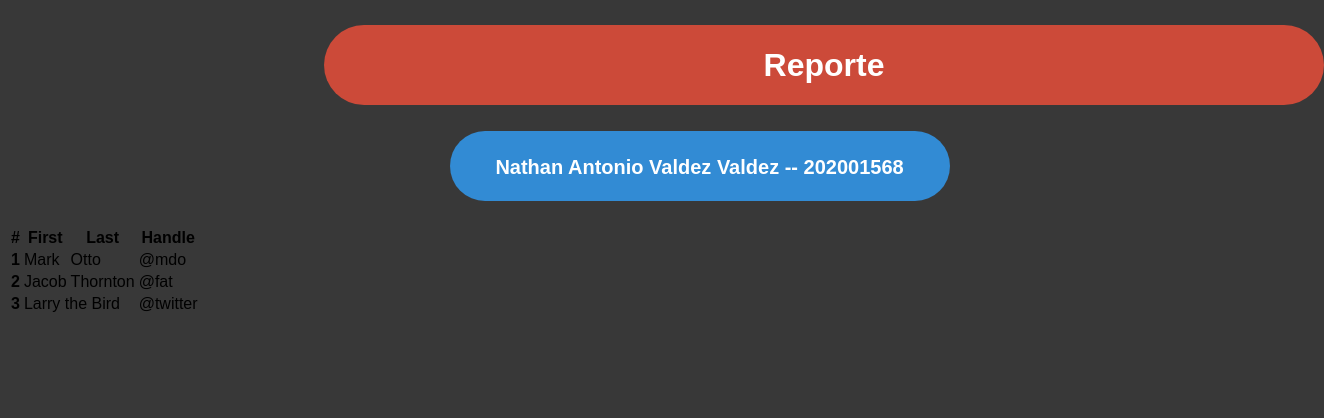
Repository: nathanvdev/LFP_PR_202001568
Page: plantilla.html
The author's editor kept a copy of each file at every save. The page is drawn from the files as they stood at one save, then again after the next save.
The browser window is 1280 px wide. The page is 1324 px wide, then 1320 px, so the pictures cover 1324 px, including what lies to the right of the window. The pictures show the whole page.

Above is the page before, as saved 2022-02-19 18:59:08.

After the next save:
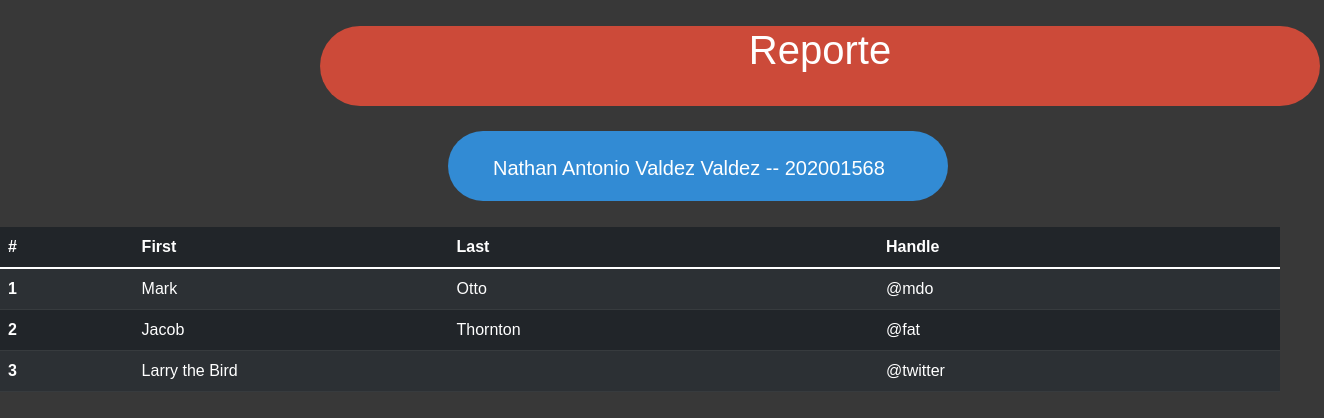
Saved 22 s later.
--- a/plantilla.html
+++ b/plantilla.html
@@ -5,6 +5,7 @@
     <meta charset="UTF-8">
     <meta http-equiv="X-UA-Compatible" content="IE=edge">
     <meta name="viewport" content="width=device-width, initial-scale=1.0">
+    <link href="https://cdn.jsdelivr.net/npm/bootstrap@5.1.3/dist/css/bootstrap.min.css" rel="stylesheet" integrity="sha384-1BmE4kWBq78iYhFldvKuhfTAU6auU8tT94WrHftjDbrCEXSU1oBoqyl2QvZ6jIW3" crossorigin="anonymous">
     <title>Document</title>
 </head>
 <style>
